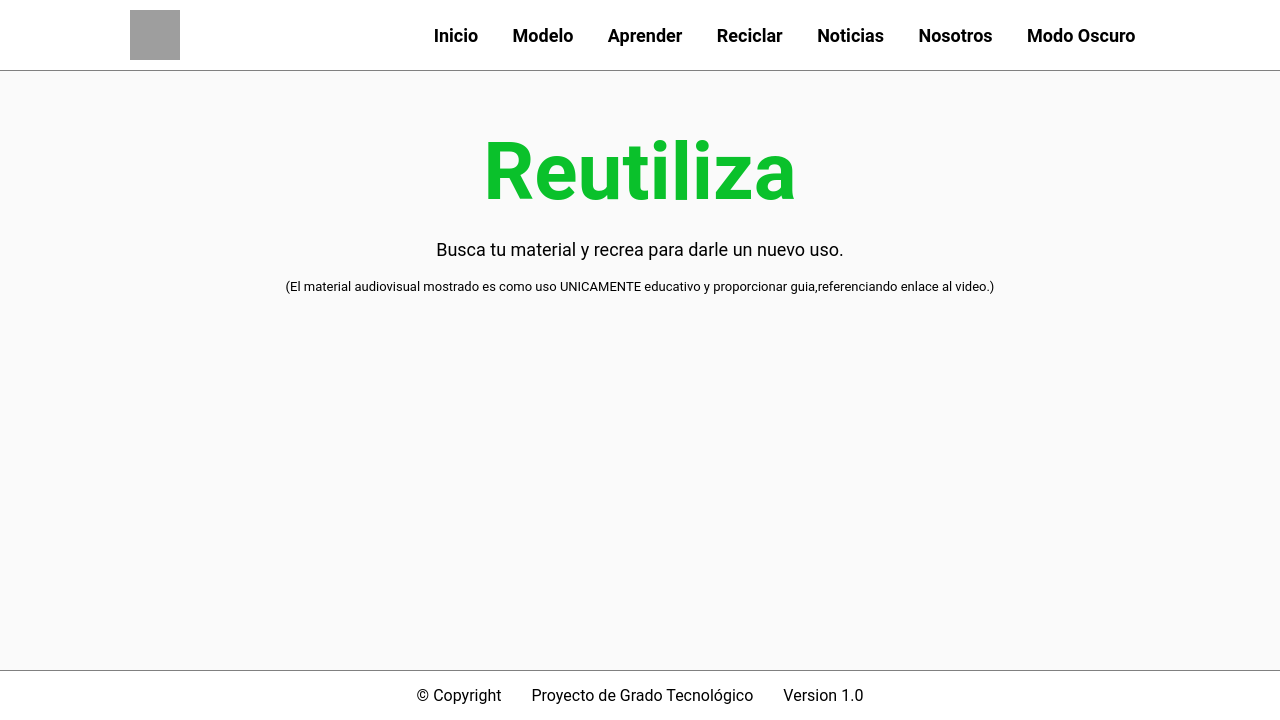
Repository: castecabas/Recicladora
Page: src/templates/recycle_pages/reuse.html
The author's editor kept a copy of each file at every save. The page is drawn from the files as they stood at one save, then again after the next save.
The browser window is 1280 px wide. The pictures show the whole page.
Pictures or frames that could not be fetched are drawn as grey boxes. The page is served by the project's application, run on Flask 3 (src/index.py). Other server files are loaded and not shown. The template is opened directly, without the code that normally fills it, so the values that code supplies are empty.

Above is the page before, as saved 2025-01-03 18:33:29.

### src/templates/recycle_pages/reuse.html
<!DOCTYPE html>
<html lang="en">

<head>
    <meta charset="UTF-8">
    <meta name="viewport" content="width=device-width, initial-scale=1.0">
    <title>Reutilizar</title>
    <link rel="stylesheet" href="{{ url_for('static', filename='css/default.css') }}">
    <link rel="stylesheet" href="{{ url_for('static', filename='css/reuse.css') }}">
    <link rel="shortcut icon" href="https://i.postimg.cc/gk7MpWkm/logo.webp" />
</head>

<body>
    <div class="container">
        {% include 'components/header.html' %}
        <main class="main-div">
            <h1>Reutiliza</h1>
            <span>Busca tu material y recrea para darle un nuevo uso.</span>
            <br>
            <span style="font-size: small;">(El material audiovisual mostrado es como uso UNICAMENTE educativo y
                proporcionar guia,referenciando enlace al video.)</span>
            <section>
                {% for material in materials %}
                <article>
                    <div class="toggle-button {{ material.button_color }}">
                        <label>{{material.name}}</label>
                        <img src="https://cdn-icons-png.flaticon.com/512/54/54785.png" height="10">
                    </div>
                    <div class="toggle-content">
                        {% for craft in material.crafts %}
                        <div class="item-content">
                            <img class="miniature" src="{{craft.image_link}}">
                            <a href="{{craft.video_link}}" class="txt">{{craft.name}}<br>
                                <img
                                class="logo-ytb" src="{{url_for('static', filename='img/icon_yt.webp')}}"></a>
                        </div>

                        {%endfor%}

                    </div>
                </article>
                {%endfor%}
            </section>

        </main>
        {% include 'components/footer.html' %}
    </div>

    <script src="{{url_for('static', filename='js/toggle_btn.js')}}"></script>
</body>

</html>

### src/templates/components/header.html
<header>
    <style>
        body {
            transition: all 0.15s ease-in;
        }

        header {
            z-index: 9000;
            display: flex;
            justify-content: space-around;
            min-height: min-content;
            align-items: center;
            padding: 10px;
            background-color: white;
            border-bottom: 1px solid gray;
        }

        .logo {
            max-height: 50px;
            aspect-ratio: 1/1;
        }

        .nav-link {
            text-decoration: none;
            color: black;
            font-weight: bold;
            font-size: 18px;
            margin: 15px 15px;
            font-family: 'Roboto', sans-serif;
            text-wrap: nowrap;
        }

        .navbar a:hover {
            color: #20c721;
        }

        .navbar input.btn_darkmode{
            display: none;
        }

        .navbar label:hover {
            color: #20c721;
            cursor: pointer;
        }

        @media(max-width:800px) {
            header {
                flex-direction: column;
            }

            .navbar {
                justify-content: center;
                padding: 20px 10px 10px 10px;
            }

        }

        /* MODO OSCURO */

        body.dark-mode header {
            background: rgb(29, 0, 28);
            background: linear-gradient(90deg, rgba(29, 0, 28, 1) 0%, rgba(11, 0, 34, 1) 8%, rgba(0, 0, 22, 1) 100%);
            border-bottom: 1px solid #686868;

        }

        body.dark-mode header .navbar a,
        body.dark-mode header .navbar label {
            color: white;
        }

        body.dark-mode .navbar a:hover {
            color: #00DD00;
        }

        body.dark-mode .navbar label:hover{
            color: #20c721;
        }
    </style>

    <img alt="Logo de reciclaje" src="https://i.postimg.cc/gk7MpWkm/logo.webp" class="logo" />
    <div class="navbar">
        <a href="{{ url_for('index') }}" class="nav-link">
            Inicio
        </a>

        <a href="{{ url_for('model') }}" class="nav-link">
            Modelo
        </a>

        <a href="{{ url_for('learn')}}" class="nav-link">
            Aprender
        </a>

        <a href="{{ url_for('recycle')}}" class="nav-link">
            Reciclar
        </a>

        <a href="{{ url_for('news')}}" class="nav-link">
            Noticias
        </a>

        <a href="{{ url_for('about')}}" class="nav-link">
            Nosotros
        </a>

        <label class="nav-link" for="darkModeToggle"><input type="checkbox" class="btn_darkmode" id="darkModeToggle">
            Modo Oscuro</label>

    </div>

    <script src="{{ url_for('static', filename='js/dark_mode.js') }}"></script>
</header>

### src/templates/components/footer.html
<footer class="footer">
    <style>
        .footer {
            width: 100%;
            background-color: white;
            text-align: center;
            padding: 15px;
            box-sizing: border-box;
            position: relative;
            bottom: 0;
            font-family: 'Roboto', sans-serif;
            border-top: 1px solid gray;
            margin-top: auto;
        }

        .footer ul {
            list-style: none;
            padding: 0;
            margin: 0;
            display: flex;
            flex-direction: column;
            align-items: center;
        }

        .footer ul li {
            text-decoration: none;
            margin: 5px 0;
        }

        @media (min-width: 600px) {
            .footer ul {
                flex-direction: row;
                justify-content: center;
            }

            .footer ul li {
                margin: 0 15px;
            }
        }

        /* MODO OSCURO */
        body.dark-mode footer{
            background: rgb(29, 0, 28);
            background: linear-gradient(90deg, rgba(29, 0, 28, 1) 0%, rgba(11, 0, 34, 1) 8%, rgba(0, 0, 22, 1) 100%);
            border-top: 1px solid #686868;
            transition: all 0.3s ease-in;
        }

        body.dark-mode footer li{
            color: white;
        }
    </style>

    <ul>
        <li>© Copyright</li>
        <li>Proyecto de Grado Tecnológico</li>
        <li>Version 1.0</li>
    </ul>

</footer>

### src/index.py
from flask import Flask, render_template, Response, request, jsonify
from yolo_model import YOLOModel
from camera import Camera
import cv2
import numpy as np
import base64

app = Flask(__name__)

yolo_model = YOLOModel('src/model/best.pt')
camera = Camera()

# RUTAS
@app.route('/')
@app.route('/home')
@app.route('/index')
def index():
    return render_template('index.html')

@app.route('/about')
def about():
    return render_template('about.html')

@app.route('/learn')
def learn():
    return render_template('learn.html')

@app.route('/model')
def model():
    return render_template('model.html')

@app.route('/news')
def news():
    return render_template('news.html')

@app.route('/recycle')
def recycle():
    return render_template('recycle.html')

# FUNCIONES

    #NOTE: obtener las camaras
@app.route('/get_cameras')
def get_cameras():
    return jsonify(camera.get_camera_list())

    #NOTE: cambiar camara
@app.route('/switch_camera/<int:camera_id>')
def switch_camera(camera_id):
    camera.select_camera(camera_id)
    return "OK"

    #NOTE: detectar dicha imagen
@app.route('/detect', methods=['POST'])
def detect():
    try:
        if 'file' not in request.files:
            return jsonify({'error': 'No file part'}), 400

        file = request.files['file']
        confidence = float(request.form.get('confidence', 0.25))

        # Lee la imagen del archivo
        npimg = np.fromfile(file, np.uint8)
        img = cv2.imdecode(npimg, cv2.IMREAD_COLOR)

        # Detecta objetos usando el modelo YOLO
        results = yolo_model.detect(img, conf_threshold=confidence)
        if results is None:
            return jsonify({'error': 'No detections returned from model'}), 500

        # Dibuja los cuadros de detección en la imagen
        processed_img = yolo_model.draw_boxes(img, results)

        # Codifica la imagen procesada en base64 para enviar al cliente
        _, buffer = cv2.imencode('.jpg', processed_img)
        img_base64 = base64.b64encode(buffer).decode('utf-8')

        return jsonify({
            'image': f'data:[embedded picture, 35 characters]',
            'detections': results
        })
    except Exception as e:
        print(f"Error during detection: {e}")
        return jsonify({'error': str(e)}), 500

# EJECUCION
if __name__ == '__main__':
    app.run(debug=True)

### src/static/css/default.css
:root{
    --blanco-pagina:#fafafa;
    --overlay-intensidad:rgba(0,0,0,0.65);

    --verde-50:#f1fdf0;
    --verde-100:#ddfcdc;
    --verde-200:#baf8ba;
    --verde-300:#72ee72;
    --verde-400:#48e049;
    --verde-500:#20c721;
    --verde-600:#14a516;
    --verde-700:#148116;
    --verde-800:#156617;
    --verde-900:#135415;
    --negro-950:#052e07;

    /* MODO OSCURO PALETA*/
    --dark-blue:#000014;
}

* {
    font-family: "Roboto", sans-serif;
  }

### src/static/css/reuse.css
* {
  box-sizing: border-box;
}

body {
  margin: 0;
  width: 100%;
  background-color: var(--blanco-pagina);
  display: flex;
  flex-direction: column;
  min-height: 100vh;
}

.container {
  display: flex;
  flex-direction: column;
  min-height: 100vh;
}

.main-div {
  display: flex;
  align-items: center;
  padding: 20px;
  text-align: center;
  flex-direction: column;
  flex: 1;
  width: 100vw;
  padding: 0;
}

.main-div h1 {
  color: #0ac12b;
  font-size: 500%;
  margin-bottom: 20px;
}

.main-div span {
  font-size: large;
}

.main-div section {
  padding: 20px;
}

.main-div article {
  border: 1px solid #121212;
  border-radius: 6px;
  width: 90vw;
  margin-bottom: 10px;
}

.main-div article .toggle-button {
  cursor: pointer;
  display: flex;
  align-items: center;
  padding: 10px;
  border-bottom: 1px solid #121212;
  font-weight: bold;
  justify-content: space-between;
}

.main-div article .toggle-content {
  max-height: 0;
  overflow: hidden;
  display: grid;
  grid-template-columns: repeat(4, 1fr);
  flex-wrap: wrap;

  transition: max-height 0.3s ease;
}

.main-div article div.btn_1 {
  background-color: #ff4a4a;
}

.main-div article div.btn_2 {
  background-color: #4abdff;
}

.main-div article div.btn_3 {
  background-color: #fffc4a;
}

.main-div article .toggle-button label {
  color: black;
}

@media (max-width: 1150px) {
  .main-div article .toggle-content {
    grid-template-columns: repeat(3, 1fr);
    height: max-content;
  }
}

@media (max-width: 800px) {
  .main-div article .toggle-content {
    grid-template-columns: repeat(2, 1fr);
    height: max-content;
  }
}

@media (max-width: 540px) {
  .main-div article .toggle-content {
    grid-template-columns: repeat(1, 1fr);
    height: max-content;
  }
}

.toggle-content.show {
  overflow: visible;
}

.main-div article .toggle-content .item-content {
  display: flex;
  flex-direction: column;
  padding: 20px 5px 20px 5px;
  align-items: center;
}

.main-div article .toggle-content .item-content .miniature {
  aspect-ratio: 5/4;
  max-height: 200px;
  background-size: cover;
  background-repeat: no-repeat;
  object-fit: contain;
  align-self: center;
}

.main-div article .toggle-content .item-content .logo-ytb {
  aspect-ratio: 1/1;
  width: 40px;
  align-self: center;
}

.main-div article .toggle-content .item-content a.txt {
  text-decoration: none;
  font-weight: 600;
  color: rgb(0, 0, 0);
  font-size: larger;
  width: 250px;
}

.main-div article .toggle-content .item-content a.txt:hover {
  color: #ff4a4a;
}

/* MODO OSCURO */

body.dark-mode {
  background-color: #000014;
  color: #ffffff;
}

body.dark-mode .main-div article .toggle-button {
  border-bottom: 1px solid #ffffff;
}

body.dark-mode .main-div article {
  border: 1px solid #ffffff;
}

body.dark-mode .main-div article .toggle-content .item-content a.txt {
  color: white;
}

body.dark-mode .main-div article .toggle-content .item-content a.txt:hover {
  color: #ff4a4a;
}

### src/static/js/dark_mode.js
document.addEventListener("DOMContentLoaded", () => {
    const toggle = document.getElementById("darkModeToggle");
    const darkModeEnabled = localStorage.getItem("darkMode") === "enabled";

    if (darkModeEnabled) {
        document.body.classList.add("dark-mode");
        toggle.checked = true;
    }

    toggle.addEventListener("change", () => {
        if (toggle.checked) {
            document.body.classList.add("dark-mode");
            localStorage.setItem("darkMode", "enabled");
        } else {
            document.body.classList.remove("dark-mode");
            localStorage.setItem("darkMode", "disabled");
        }
    });
});

### src/static/js/toggle_btn.js
document.addEventListener("DOMContentLoaded", () => {


    document.querySelectorAll(".toggle-button").forEach(button => {
        button.addEventListener("click", function () {
            const content = this.nextElementSibling;

            if (content.classList.contains("show")) {
                content.style.maxHeight = null;
            } else {
                content.style.maxHeight = content.scrollHeight + "px";
            }

            content.classList.toggle("show");
        });
    });
});

After the next save:
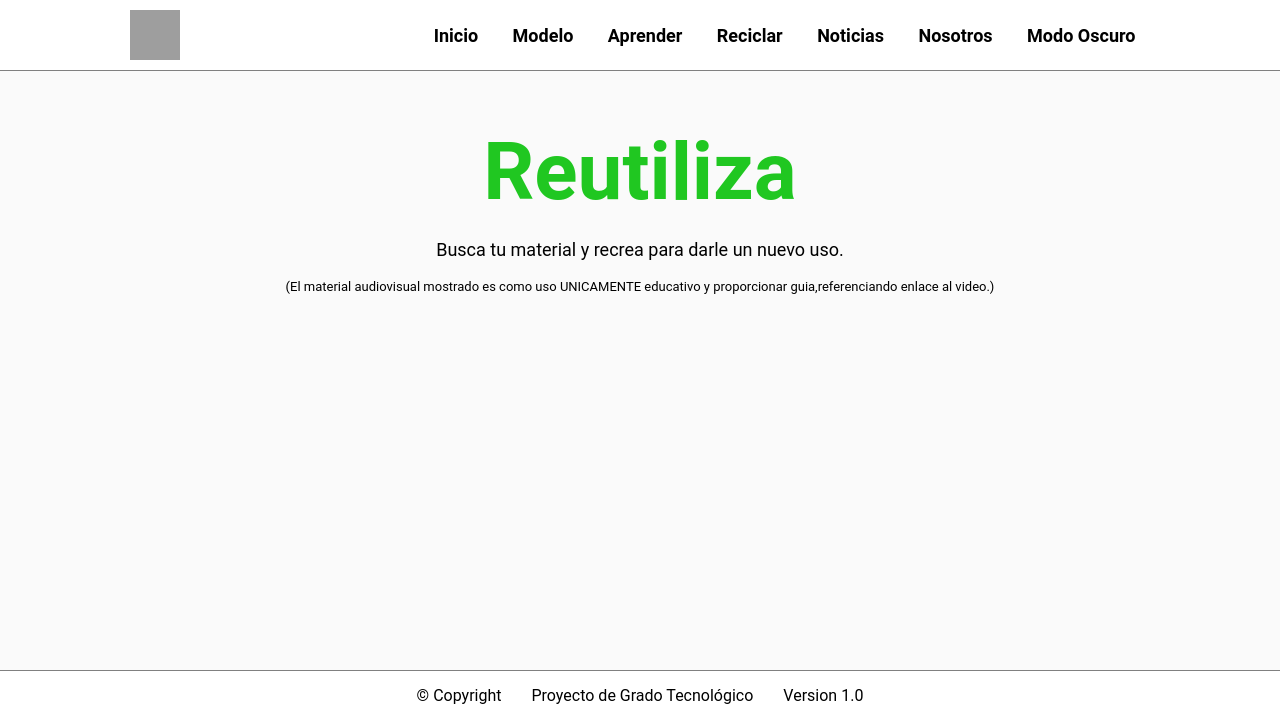
Saved 16 s later.
--- a/src/static/css/reuse.css
+++ b/src/static/css/reuse.css
@@ -29,7 +29,7 @@ body {
 }
 
 .main-div h1 {
-  color: #0ac12b;
+  color: var(--verde-500);
   font-size: 500%;
   margin-bottom: 20px;
 }
